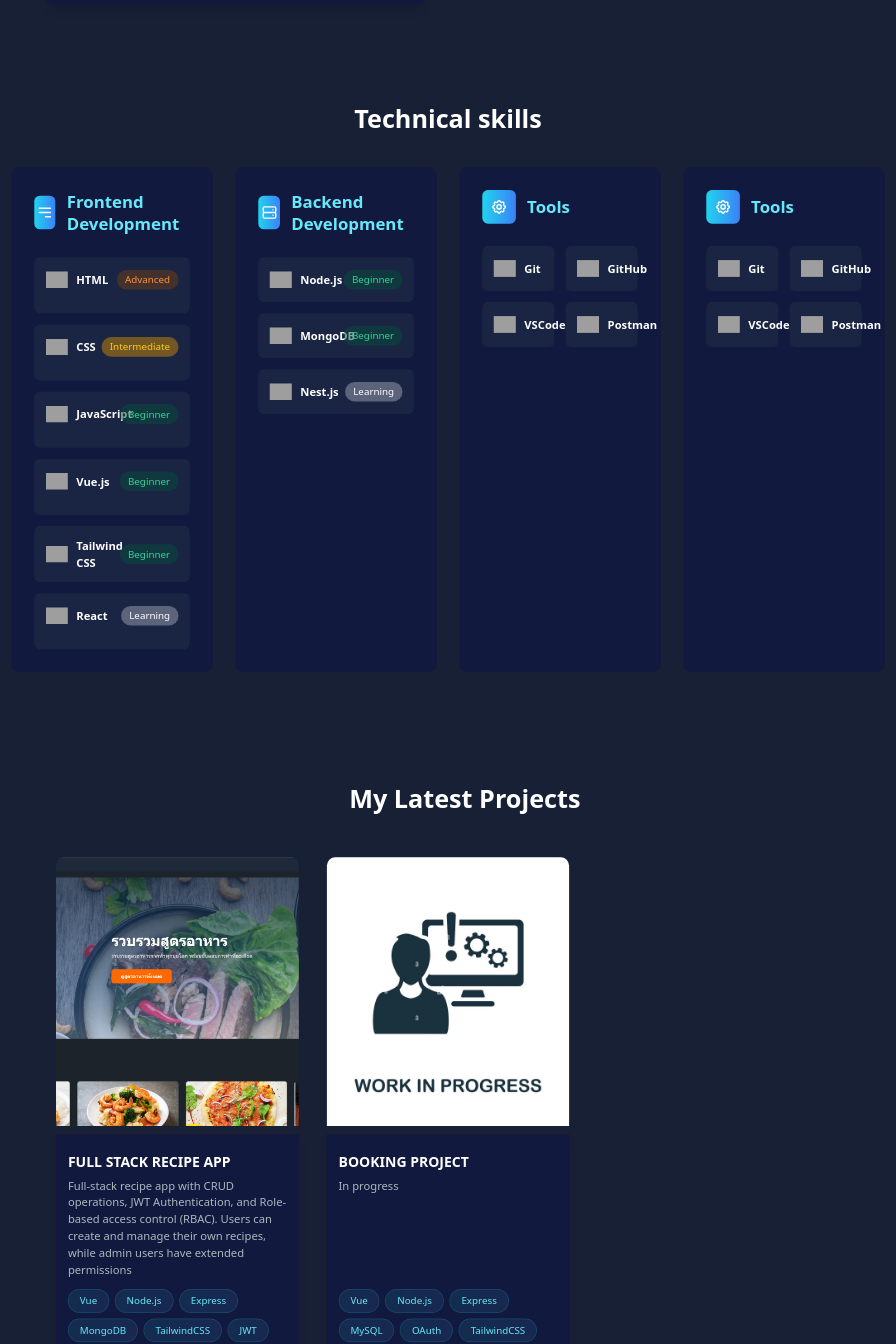
Repository: Charifx7/MyPortfolio
Page: /
The author's editor kept a copy of each file at every save. The page is drawn from the files as they stood at one save, then again after the next save.
The browser window is 1280 px wide. The pictures show the part of the page from y = 1001 to 2921 px (the page is 3768 px tall before and 5582 px after), at 70% of full size.
Pictures or frames that could not be fetched are drawn as grey boxes. The project was rebuilt for these pictures with package versions that can differ from the ones it lists, and the page was loaded fresh each time. Also part of the build but not shown: vite.config.js.

Above is the page before, as saved 2026-02-14 09:56:09.

### src/App.vue
<template>
  <div class="bg-[#172035] min-h-screen w-full">
    <!-- Wrap components in Suspense to handle loading -->
     <Suspense>
      <template #default>
        <!-- Wrap all Components inside a single root element -->
         <div class="bg-[#172035]">
            <NavBar />
            <HeroSection />
            <AboutSection />
            <ExperienceAndSkills />
            <LatestProjSection />
            <ContactSection />
            <Footer/>
            <BackToTop />
      </div>
    </template>
    <template #fallback>
      <div class="flex justify-center items-center min-h-screen bg-[#172035]">
          <loadingSpinner />
      </div>
    </template>
  </Suspense>
  </div>
</template>

<script setup>
 import { defineAsyncComponent } from 'vue';
//Import Components Asynchronously
const NavBar = defineAsyncComponent(()=>import('@/components/NavBar.vue'));
const HeroSection = defineAsyncComponent(()=>import('@/components/HeroSection.vue'));
const ServicesSection = defineAsyncComponent(()=>import('@/components/ServicesSection.vue'));
const AboutSection = defineAsyncComponent(()=>import('@/components/AboutSection.vue'));
const TestimonialsSection = defineAsyncComponent(()=>import('@/components/TestimonialsSection.vue'));
const LatestProjSection = defineAsyncComponent(()=>import('@/components/LatestProjSection.vue'));
const ExperienceAndSkills = defineAsyncComponent(()=>import('@/components/ExperienceAndSkills.vue'));
const ContactSection = defineAsyncComponent(()=>import('@/components/ContactSection.vue'));
const Footer = defineAsyncComponent(()=>import('@/components/Footer.vue'));
const BackToTop = defineAsyncComponent(()=>import('@/components/BackToTop.vue'));
import loadingSpinner from './components/loadingSpinner.vue';
</script>
<style>

*{
  scrollbar-width: thin;
  scrollbar-color: #111827 #f1f1f1;
}

/* Add these styles to ensure background color consistency */
html, body {
  background-color: #172035;
  min-height: 100%;
}
</style>

### src/components/loadingSpinner.vue
<template>
    <div class="flex justify-center items-center h-full">
        <svg class="animate-spin h-16 w-16 text-white" xmlns="http://www.w3.org/2000/svg" viewBox="0 0 24 24">
            <defs>
                <linearGradient id="gradient1" x1="0%" y1="0%" x2="100%" y2="100%">
                    <stop offset="0%" stop-color="#00aeff" />
                    <stop offset="100%" stop-color="#dbebfa" />
                </linearGradient>
            </defs>
            <circle class="opacity-25" cx="12" cy="12" r="10" stroke="url(#gradient1)" stroke-width="4" fill="none">
            </circle>
            <path fill="#00aeff" d="M4 12a8 8 0 018-8V0C5.373 0 0 5.373 0 12h4z"></path>
        </svg>
    </div>
</template>

### src/components/NavBar.vue
<template>
    <header class="flex justify-between items-center p-6 bg-opacity-50 relative z-20 ">
        <div class="text-white text-xl font-bold"></div>
        <!-- Mobile Toggle Button -->
        <div class="md:hidden z-30">
            <button type="button" class="block focus:outline-none" @click="isMenuOpen = !isMenuOpen">
                <span v-if="isMenuOpen" class="text-5xl">
                    <img src="https://img.icons8.com/ios-filled/100/ffffff/delete-sign.png" alt="close" width="50"
                        height="50">
                </span>
                <span v-else class="text-5xl">
                    <img src="https://img.icons8.com/ios-filled/100/ffffff/menu--v6.png" alt="menu" width="50"
                        height="50">
                </span>
            </button>
        </div>
        <!-- Navbar Link -->
        <nav :class="['fixed inset-0 z-20 flex flex-col items-center justify-center bg-[#111827] md:relative md:bg-transparent md:flex md:justify-between md:flex-row',
            isMenuOpen ? 'block' : 'hidden'
        ]">
            <ul class="flex flex-col items-center space-y-5 md:flex-row md:space-x-5 md:space-y-0">
                <li v-for="item in Menu" :key="item.name">
                    <a :href="item.href"
                        class="block text-white transition hover:text-cyan-300 ease-linear text-2xl md:text-lg"
                        @click="scrollToSection(item.href)">
                        {{ item.name }}
                    </a>
                </li>
            </ul>
        </nav>
    </header>
</template>
<script setup>
import { ref } from 'vue';
const Menu = ref([
    { name: 'About Me', href: '#about' },
    { name: 'Skills', href: '#skills' },
    { name: 'Projects', href: '#projects' },
    { name: 'Contact', href: '#contact' },
]);

const isMenuOpen = ref(false)
const scrollToSection = (href) => {
    isMenuOpen.value = false;
    const section = document.querySelector(href);
    if (section) {
        section.scrollIntoView({ behavior: 'smooth' });
    }

}

</script>

### src/components/HeroSection.vue
<template>
    <section class="relative w-full" data-aos="zoom-in-up">
        <div class="w-full px-5 sm:px-8 md:px-12 lg:px-8 max-w-screen-lg lg:max-w-screen-xl mx-auto relative">
            <div class="grid lg:grid-cols-2 gap-10 xl:gap-14 relative pt-24 lg:max-w-none max-w-2xl md:max-w-3xl mx-auto">
                <div class="lg:py-6">
                    <div class="text-center lg:text-left">
                        <h1 class="pt-4 text-white font-bold text-4xl md:text-5xl lg:text-6xl">
                            Hi, I'm <span
                                class="text-transparent bg-gradient-to-r sm:bg-gradient-to-b md:bg-gradient-to-l lg:bg-gradient-to-r bg-clip-text from-cyan-400 to-blue-600">
                                Charif
                            </span>
                        </h1>
                    </div>
                    <p
                        class="text-gray-300 pt-8 text-center lg:text-left mx-auto max-w-xl text-4xl text-transparent bg-gradient-to-r sm:bg-gradient-to-b md:bg-gradient-to-l lg:bg-gradient-to-r from-cyan-400 to-blue-600 bg-clip-text">
                        Web Developer
                    </p>
                    <div class="flex items-center gap-3 pt-9 flex-col sm:flex-row sm:w-max sm:mx-auto lg:mx-0">
                        <a href="https://drive.google.com/file/d/1FlvfmhR0NsK0Ti8Xo9rk8j5-feIFt_Xn/view?usp=sharing" target="_blank" class="w-full sm:w-max">
                            <button class="border ry px-6 md:px-7 py-3 rounded-full relative group w-full flex justify-center
            bg-gradient-to-r from-cyan-600 to-blue-600 transition-transform duration-500 hover:scale-105"
                                style="background-color: #4DD0E1; border-color: #004d73;">
                                <span class="text-lg font-bold text-white">Resume</span>
                            </button>
                        </a>
                    </div>
                </div>
                <div class="flex items-center justify-center lg:h-full md:h-auto">
                    <div
                        class="relative flex items-center justify-center w-72 h-72 sm:w-96 sm:h-96 rounded-full shadow-lg border">
                        <img src="@/assets/top_picture.jpg" alt="Hero pic" width="500" height="auto" loading="lazy"
                            class="w-full h-full rounded-full object-cover fade-in-zoom" />
                        <div
                            class="absolute inset-0 bg-gradient-to-tr opacity-25 from-[#007fdb] to-[#832561] blur-2xl z-[-1]">
                        </div>
                    </div>
                </div>
            </div>
        </div>
    </section>
</template>
<script setup>
import { ref } from 'vue';
const Menu = ref([
    { name: 'About Me', href: '#about' },
    { name: 'Skills', href: '#skills' },
    { name: 'Projects', href: '#projects' },
    { name: 'Contact', href: '#contact' },
]);

import AOS from 'aos';
import 'aos/dist/aos.css';
AOS.init();
</script>

<style>
@keyframes fadeInZoom {
    0% {
        opacity: 0;
        transform: scale(0.9);
    }

    100% {
        opacity: 1;
        transform: scale(1);
    }
}

.fade-in-zoom {
    animation: fadeInZoom 1s ease-out forwards;
}
</style>

### src/components/ExperienceAndSkills.vue
<template>
    <section id="skills" class="py-20">
        <div class="container mx-auto px-4">
            <h2 class="text-4xl font-bold text-center text-white mb-12" data-aos="fade-up">Technical skills</h2>
            <div class="grid md:grid-cols-1 lg:grid-cols-4 gap-8">

                <!-- Frontend Section -->
                <div class="bg-[#111a3e] rounded-xl p-8 border border-[#1f1641] hover:shadow-xl transition-all duration-300"
                    data-aos="fade-up" data-aos-delay="100">
                    <div class="flex items-center mb-8">
                        <div class="w-12 h-12 bg-gradient-to-r from-cyan-400 to-blue-500 rounded-lg flex items-center justify-center">
                            <svg xmlns="http://www.w3.org/2000/svg" class="h-6 w-6 text-white" fill="none" viewBox="0 0 24 24" stroke="currentColor">
                                <path stroke-linecap="round" stroke-linejoin="round" stroke-width="2" d="M4 6h16M4 12h16m-7 6h7" />
                            </svg>
                        </div>
                        <h3 class="text-2xl font-bold ml-4 text-cyan-300">Frontend Development</h3>
                    </div>
                    <div class="grid grid-cols-1 gap-4">
                        <div v-for="skill in sortedFrontendSkills" :key="skill.id"
                            class="bg-[#1a2544] rounded-lg p-4 hover:bg-[#1f2d52] transition-all duration-300">
                            <div class="flex items-center justify-between">
                                <div class="flex items-center space-x-3">
                                    <img :src="skill.icon" alt="skill icon" class="w-8 h-8 object-contain"/>
                                    <h4 class="font-semibold text-white">{{ skill.name }}</h4>
                                </div>
                                <span class="px-3 py-1 text-sm rounded-full"
                                    :class="{
                                        'bg-yellow-900/50 text-orange-400': skill.level === 'Advanced',
                                        'bg-yellow-600/50 text-yellow-400': skill.level === 'Intermediate',
                                        'bg-emerald-900/50 text-emerald-400': skill.level === 'Beginner',
                                        'bg-gray-400/50 text-white': skill.level === 'Learning'
                                    }">
                                    {{ skill.level }}
                                </span>
                            </div>
                        </div>
                    </div>
                </div>

                <!-- Backend Section -->
                <div class="bg-[#111a3e] rounded-xl p-8 border border-[#1f1641] hover:shadow-xl transition-all duration-300"
                    data-aos="fade-up" data-aos-delay="200">
                    <div class="flex items-center mb-8">
                        <div class="w-12 h-12 bg-gradient-to-r from-cyan-400 to-blue-500 rounded-lg flex items-center justify-center">
                            <svg xmlns="http://www.w3.org/2000/svg" class="h-6 w-6 text-white" fill="none" viewBox="0 0 24 24" stroke="currentColor">
                                <path stroke-linecap="round" stroke-linejoin="round" stroke-width="2" d="M5 12h14M5 12a2 2 0 01-2-2V6a2 2 0 012-2h14a2 2 0 012 2v4a2 2 0 01-2 2M5 12a2 2 0 00-2 2v4a2 2 0 002 2h14a2 2 0 002-2v-4a2 2 0 00-2-2m-2-4h.01M17 16h.01" />
                            </svg>
                        </div>
                        <h3 class="text-2xl font-bold ml-4 text-cyan-300">Backend Development</h3>
                    </div>
                    <div class="grid grid-cols-1 gap-4">
                        <div v-for="skill in sortedBackendSkills" :key="skill.id"
                            class="bg-[#1a2544] rounded-lg p-4 hover:bg-[#1f2d52] transition-all duration-300">
                            <div class="flex items-center justify-between">
                                <div class="flex items-center space-x-3">
                                    <img :src="skill.icon" alt="skill icon" class="w-8 h-8 object-contain"/>
                                    <h4 class="font-semibold text-white">{{ skill.name }}</h4>
                                </div>
                                <span class="px-3 py-1 text-sm rounded-full"
                                    :class="{
                                        'bg-yellow-900/50 text-orange-400': skill.level === 'Advanced',
                                        'bg-blue-900/50 text-blue-400': skill.level === 'Intermediate',
                                        'bg-emerald-900/50 text-emerald-400': skill.level === 'Beginner',
                                        'bg-gray-400/50 text-white': skill.level === 'Learning'
                                    }">
                                    {{ skill.level }}
                                </span>
                            </div>
                        </div>
                    </div>
                </div>

                <!-- Tools & DevOps Section -->
                <div class="bg-[#111a3e] rounded-xl p-8 border border-[#1f1641] hover:shadow-xl transition-all duration-300"
                    data-aos="fade-up" data-aos-delay="300">
                    <div class="flex items-center mb-8">
                        <div class="w-12 h-12 bg-gradient-to-r from-cyan-400 to-blue-500 rounded-lg flex items-center justify-center">
                            <svg xmlns="http://www.w3.org/2000/svg" class="h-6 w-6 text-white" fill="none" viewBox="0 0 24 24" stroke="currentColor">
                                <path stroke-linecap="round" stroke-linejoin="round" stroke-width="2" d="M10.325 4.317c.426-1.756 2.924-1.756 3.35 0a1.724 1.724 0 002.573 1.066c1.543-.94 3.31.826 2.37 2.37a1.724 1.724 0 001.065 2.572c1.756.426 1.756 2.924 0 3.35a1.724 1.724 0 00-1.066 2.573c.94 1.543-.826 3.31-2.37 2.37a1.724 1.724 0 00-2.572 1.065c-.426 1.756-2.924 1.756-3.35 0a1.724 1.724 0 00-2.573-1.066c-1.543.94-3.31-.826-2.37-2.37a1.724 1.724 0 00-1.065-2.572c-1.756-.426-1.756-2.924 0-3.35a1.724 1.724 0 001.066-2.573c-.94-1.543.826-3.31 2.37-2.37.996.608 2.296.07 2.572-1.065z" />
                                <path stroke-linecap="round" stroke-linejoin="round" stroke-width="2" d="M15 12a3 3 0 11-6 0 3 3 0 016 0z" />
                            </svg>
                        </div>
                        <h3 class="text-2xl font-bold ml-4 text-cyan-300">Tools</h3>
                    </div>
                    <div class="grid grid-cols-2 gap-4">
                        <div v-for="skill in sortedToolsAndDevOps" :key="skill.id"
                            class="bg-[#1a2544] rounded-lg p-4 hover:bg-[#1f2d52] transition-all duration-300">
                            <div class="flex items-center space-x-3">
                                <img :src="skill.icon" alt="tool icon" class="w-8 h-8 object-contain"/>
                                <div class="flex-1">
                                    <h4 class="font-semibold text-white">{{ skill.name }}</h4>
                                </div>
                            </div>
                        </div>
                    </div>
                </div>
                   <!-- Tools & DevOps Section -->
                <div class="bg-[#111a3e] rounded-xl p-8 border border-[#1f1641] hover:shadow-xl transition-all duration-300"
                    data-aos="fade-up" data-aos-delay="300">
                    <div class="flex items-center mb-8">
                        <div class="w-12 h-12 bg-gradient-to-r from-cyan-400 to-blue-500 rounded-lg flex items-center justify-center">
                            <svg xmlns="http://www.w3.org/2000/svg" class="h-6 w-6 text-white" fill="none" viewBox="0 0 24 24" stroke="currentColor">
                                <path stroke-linecap="round" stroke-linejoin="round" stroke-width="2" d="M10.325 4.317c.426-1.756 2.924-1.756 3.35 0a1.724 1.724 0 002.573 1.066c1.543-.94 3.31.826 2.37 2.37a1.724 1.724 0 001.065 2.572c1.756.426 1.756 2.924 0 3.35a1.724 1.724 0 00-1.066 2.573c.94 1.543-.826 3.31-2.37 2.37a1.724 1.724 0 00-2.572 1.065c-.426 1.756-2.924 1.756-3.35 0a1.724 1.724 0 00-2.573-1.066c-1.543.94-3.31-.826-2.37-2.37a1.724 1.724 0 00-1.065-2.572c-1.756-.426-1.756-2.924 0-3.35a1.724 1.724 0 001.066-2.573c-.94-1.543.826-3.31 2.37-2.37.996.608 2.296.07 2.572-1.065z" />
                                <path stroke-linecap="round" stroke-linejoin="round" stroke-width="2" d="M15 12a3 3 0 11-6 0 3 3 0 016 0z" />
                            </svg>
                        </div>
                        <h3 class="text-2xl font-bold ml-4 text-cyan-300">Tools</h3>
                    </div>
                    <div class="grid grid-cols-2 gap-4">
                        <div v-for="skill in sortedToolsAndDevOps" :key="skill.id"
                            class="bg-[#1a2544] rounded-lg p-4 hover:bg-[#1f2d52] transition-all duration-300">
                            <div class="flex items-center space-x-3">
                                <img :src="skill.icon" alt="tool icon" class="w-8 h-8 object-contain"/>
                                <div class="flex-1">
                                    <h4 class="font-semibold text-white">{{ skill.name }}</h4>
                                </div>
                            </div>
                        </div>
                    </div>
                </div>
            </div>
        </div>
    </section>
</template>

<script setup>
import { ref, computed } from 'vue';

const frontendSkills = ref([
    {
        id: 1,
        name: 'HTML',
        level: 'Advanced',
        icon: 'https://www.svgrepo.com/show/303205/html-5-logo.svg'
    },
    {
        id: 2,
        name: 'CSS',
        level: 'Intermediate',
        icon: 'https://upload.wikimedia.org/wikipedia/commons/thumb/d/d5/CSS3_logo_and_wordmark.svg/1200px-CSS3_logo_and_wordmark.svg.png'
    },
    {
        id: 3,
        name: 'JavaScript',
        level: 'Beginner',
        icon: 'https://static.vecteezy.com/system/resources/thumbnails/027/127/463/small_2x/javascript-logo-javascript-icon-transparent-free-png.png'
    },
    {
        id: 4,
        name: 'Vue.js',
        level: 'Beginner',
        icon: 'https://upload.wikimedia.org/wikipedia/commons/thumb/9/95/Vue.js_Logo_2.svg/1200px-Vue.js_Logo_2.svg.png'
    },
    {
        id: 5,
        name: 'Tailwind CSS',
        level: 'Beginner',
        icon: 'https://encrypted-tbn0.gstatic.com/images?q=tbn:ANd9GcTSDKn3vA2YUbXzN0ZC3gALWJ08gJN-Drl15w&s'
    },
    {
        id: 5,
        name: 'React',
        level: 'Learning',
        icon: 'https://www.svgrepo.com/show/452092/react.svg'
    }
]);

const backendSkills = ref([
    {
        id: 1,
        name: 'Node.js',
        level: 'Beginner',
        icon: 'https://www.svgrepo.com/show/354119/nodejs-icon.svg'

    },
    {
        id: 2,
        name: 'MongoDB',
        level: 'Beginner',
        icon: 'https://www.svgrepo.com/show/331488/mongodb.svg'
    },
    {
        id: 2,
        name: 'Nest.js',
        level: 'Learning',
        icon: 'https://logowik.com/content/uploads/images/nestjs-node-js1721157586.logowik.com.webp'
    },

]);

const toolsAndDevOps = ref([
    {
        id: 1,
        name: 'Git',
        icon: 'https://upload.wikimedia.org/wikipedia/commons/thumb/3/3f/Git_icon.svg/1200px-Git_icon.svg.png'
    },
    {
        id: 2,
        name: 'GitHub',
        icon: 'https://img.icons8.com/ios-filled/50/ffffff/github.png'
    },
    {
        id: 3,
        name: 'VSCode',
        icon: 'https://upload.wikimedia.org/wikipedia/commons/thumb/9/9a/Visual_Studio_Code_1.35_icon.svg/768px-Visual_Studio_Code_1.35_icon.svg.png'
    },
    {
        id: 4,
        name: 'Postman',
        icon: 'https://www.svgrepo.com/show/354202/postman-icon.svg'
    },
]);

// Helper function to sort skills by level
const sortByLevel = (skills) => {
    const levelOrder = {
        'Advanced': 1,
        'Intermediate': 2,
        'Beginner': 3,
        'Learning': 4
    };

    return [...skills].sort((a, b) => {
        return levelOrder[a.level] - levelOrder[b.level];
    });
};

// Computed properties for sorted skills
const sortedFrontendSkills = computed(() => sortByLevel(frontendSkills.value));
const sortedBackendSkills = computed(() => sortByLevel(backendSkills.value));
const sortedToolsAndDevOps = computed(() => toolsAndDevOps.value);
</script>

<style scoped>
.grid {
    grid-auto-rows: 1fr;
}
</style>

### src/components/Footer.vue
<template>
    <footer class="mt-8 border z-10 border-t-[#33353F] border-l-transparent border-r-transparent text-white">
        <div class="container p-12 flex justify-between">
            <!-- <div class="text-white text-3xl font-bold">Charif</div>-->
            <p class="text-slate-600"></p>
        </div>
    </footer>
</template>

### src/components/BackToTop.vue
<template>
    <button v-if="isVisible" @click="scrollToTop" class="fixed bottom-4 right-4 bg-gradient-to-r from-[#007fdb] to-[#004d73] text-white
    rounded-full w-12 h-12 flex items-center justify-center text-xl cursor-pointer transition-opacity duration-300 hover:bg-blue-600
    ">
        ↥
    </button>
</template>
<script setup>
import { ref, onMounted, onUnmounted } from 'vue';
const isVisible = ref(false);
const handleScroll = () => {
    isVisible.value = window.scrollY > 300;
}
const scrollToTop = () => {
    window.scrollTo({ top: 0, behavior: 'smooth' })
}
onMounted(() => {
    window.addEventListener('scroll', handleScroll)
});

onUnmounted(() => {
    window.removeEventListener('scroll', handleScroll);
})
</script>

Loaded but not shown: index.html (common file); src/main.js (common file); src/style.css (common file); tailwind.config.js (13 lines, source omitted); src/components/ContactSection.vue (175 lines, source omitted); src/components/LatestProjSection.vue (86 lines, source omitted); src/components/AboutSection.vue (74 lines, source omitted)

After the next save:
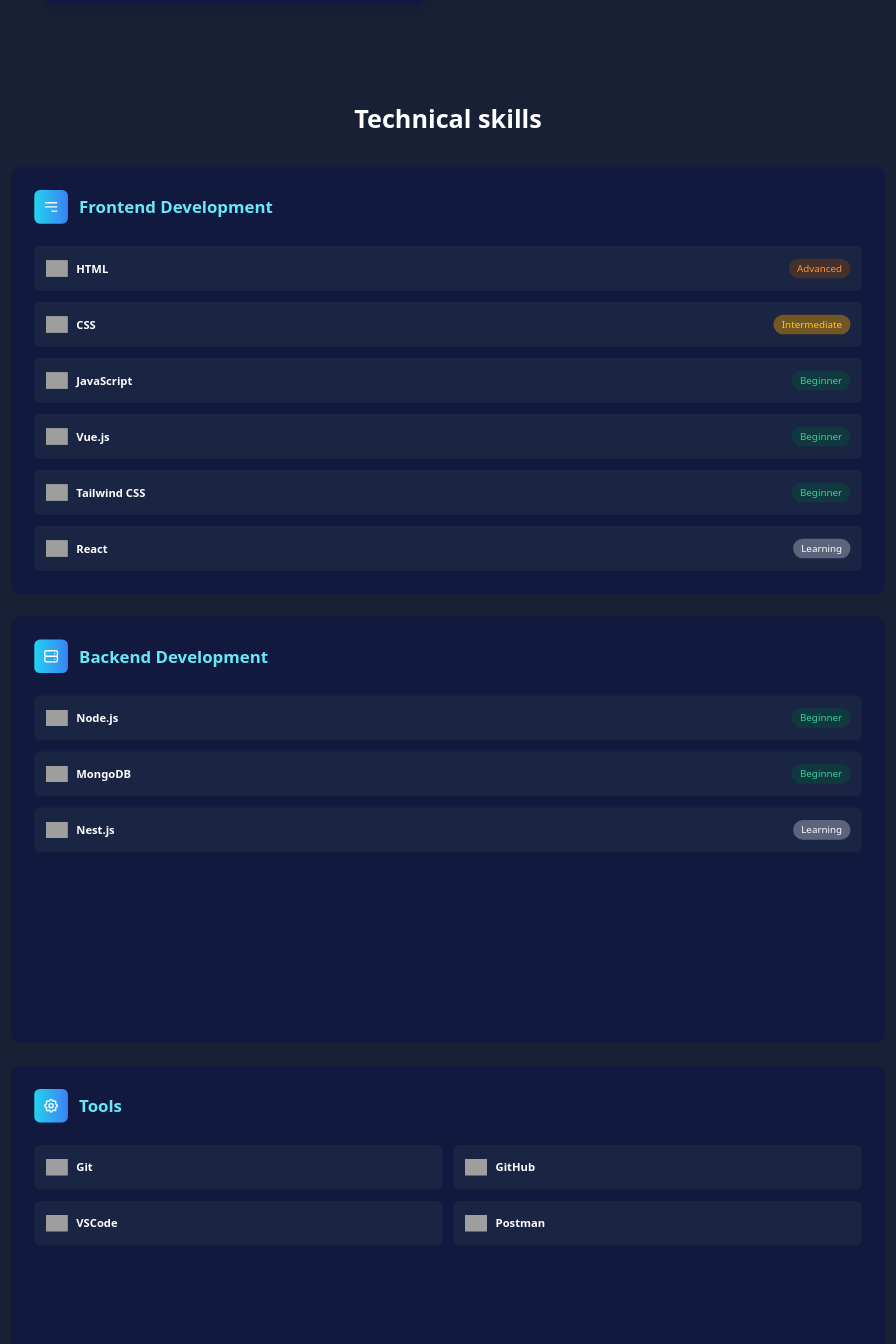
Saved 10 min 38 s later.
--- a/src/components/ExperienceAndSkills.vue
+++ b/src/components/ExperienceAndSkills.vue
@@ -2,7 +2,7 @@
     <section id="skills" class="py-20">
         <div class="container mx-auto px-4">
             <h2 class="text-4xl font-bold text-center text-white mb-12" data-aos="fade-up">Technical skills</h2>
-            <div class="grid md:grid-cols-1 lg:grid-cols-4 gap-8">
+            <div class="grid md:grid-cols-1 lg:grid-cols- gap-8">
 
                 <!-- Frontend Section -->
                 <div class="bg-[#111a3e] rounded-xl p-8 border border-[#1f1641] hover:shadow-xl transition-all duration-300"
